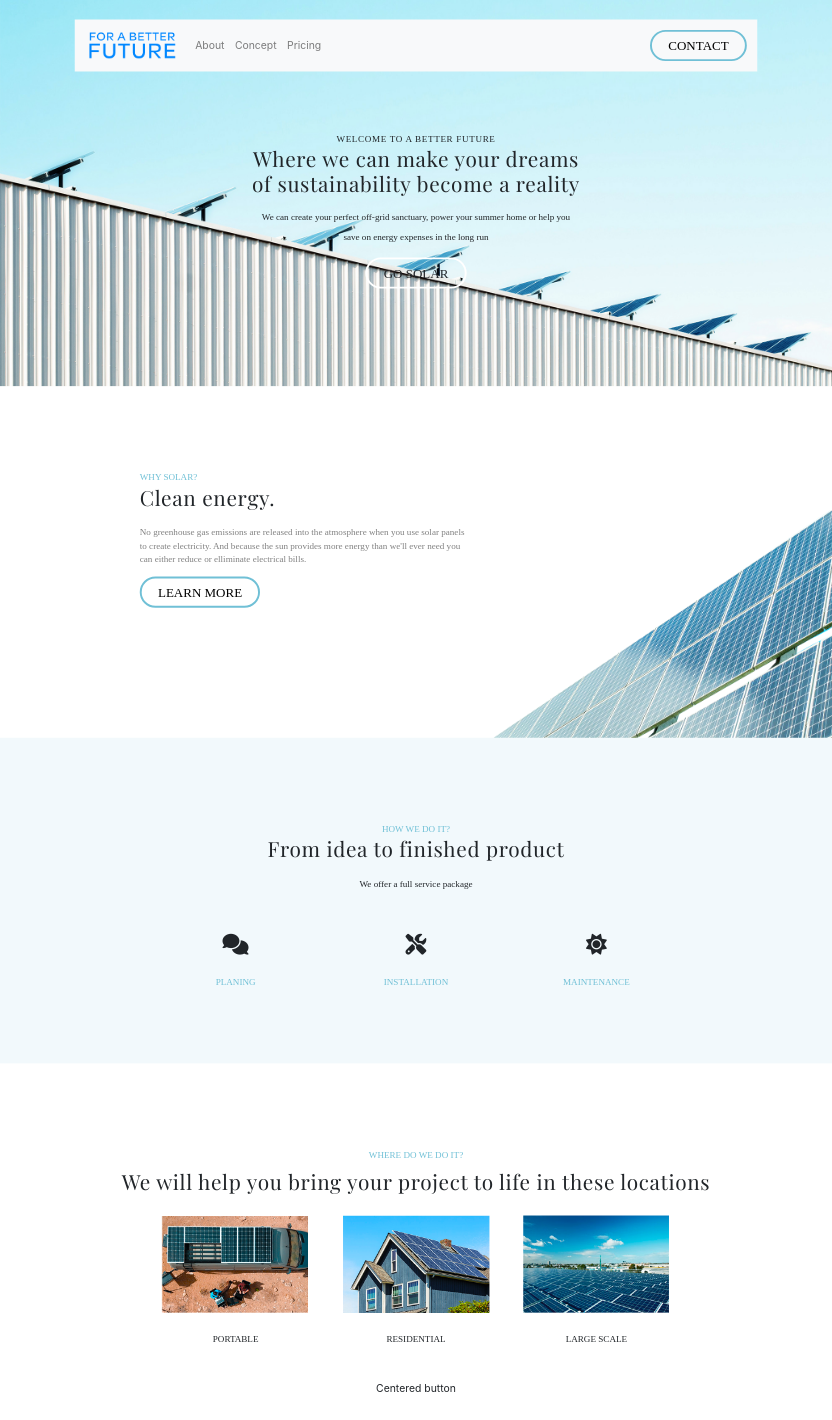
Repository: sabinemm/fabf
Page: index.html
The author's editor kept a record of every edit. The page is drawn from the files as they stood at one moment, then again after the next edit.
The browser window is 1280 px wide. The pictures show the whole page, at 65% of full size.
Backgrounds fixed to the window are drawn as part of the page. Some web fonts or font styles are not loaded; a fallback is used. Some web libraries are served in a nearby version.

Above is the page before.

After the next edit:
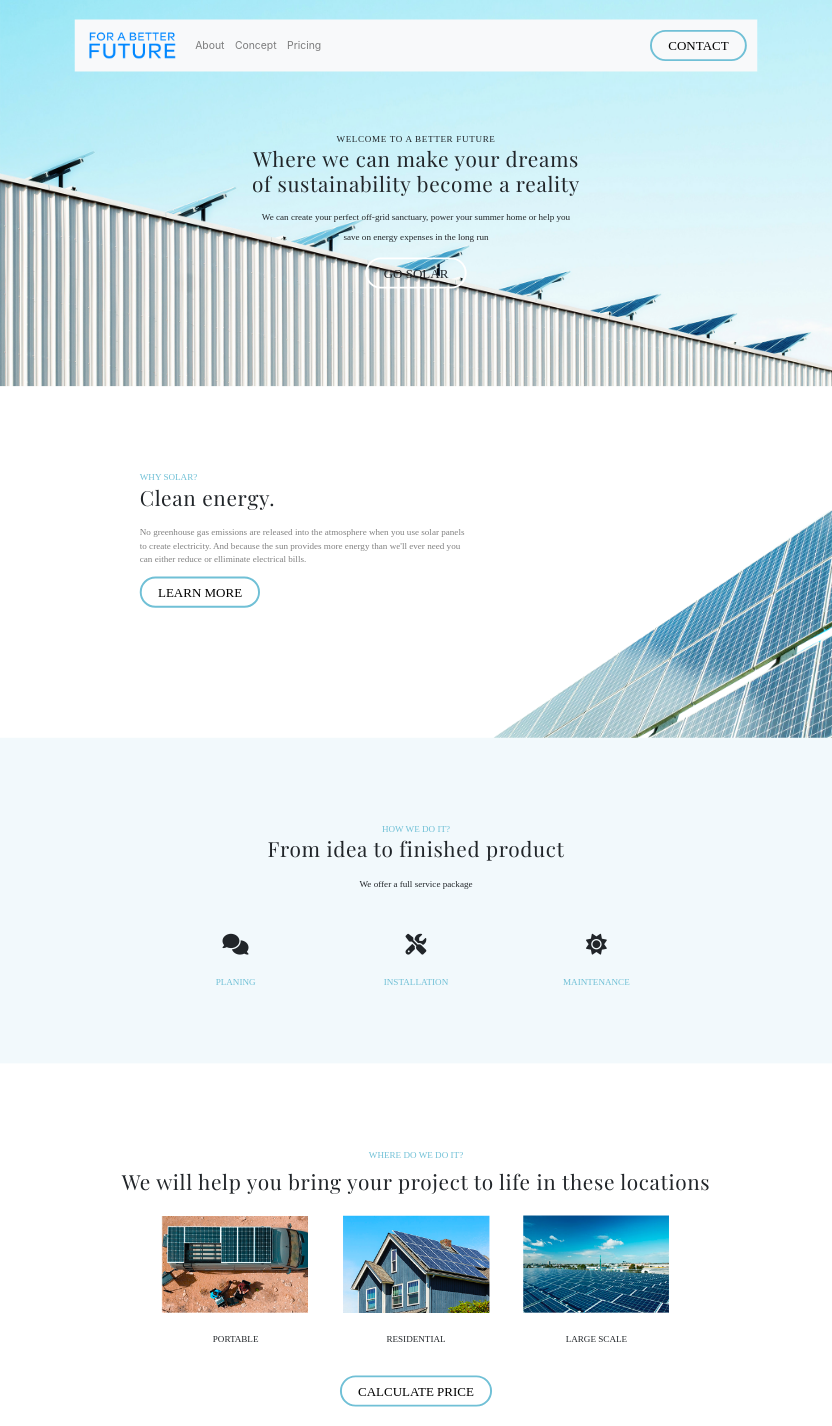
The edit:
--- a/index.html
+++ b/index.html
@@ -140,7 +140,7 @@
 <div class="container">
   <div class="row">
     <div class="col text-center">
-      <button class="btn btn-default">Centered button</button>
+      <button type="button" class="btn btn-blue-border ">CALCULATE PRICE</button>
     </div>
   </div>
 </div>
